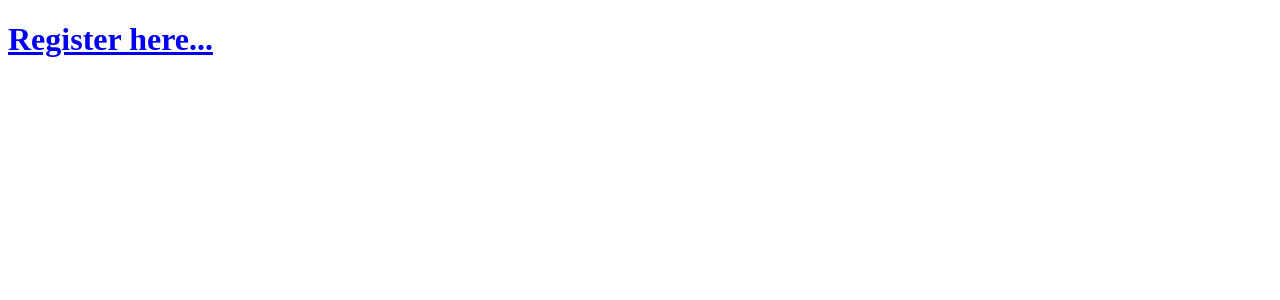
Repository: jay-java/JAVA-TTS-8-30
Page: http://localhost/JSP_Servlet/
The author's editor kept a copy of each file at every save. The page is drawn from the files as they stood at one save, then again after the next save.
The browser window is 1280 px wide. The pictures show the whole page.
The page is served by Tomcat 9.

Above is the page before, as saved 2025-07-22 04:06:48.

After the next save:
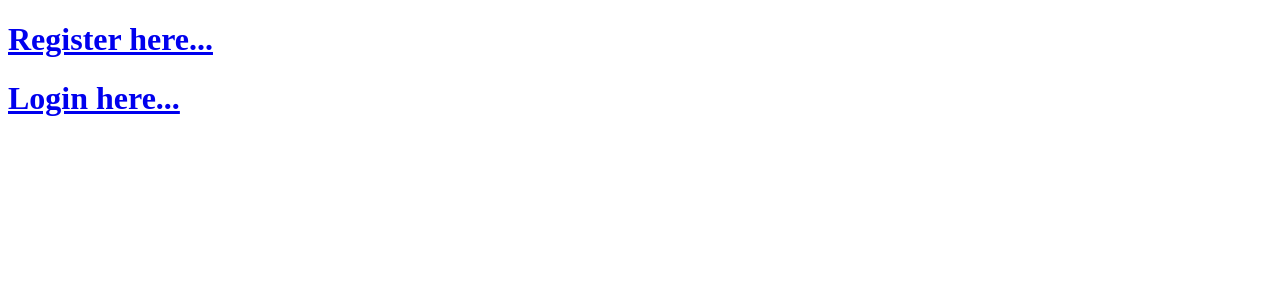
Saved 2 s later.
--- a/JSP_Servlet/src/main/webapp/index.jsp
+++ b/JSP_Servlet/src/main/webapp/index.jsp
@@ -8,5 +8,6 @@
 </head>
 <body>
 <h1><a href="register.jsp">Register here...</a></h1>
+<h1><a href="login.jsp">Login here...</a></h1>
 </body>
 </html>
